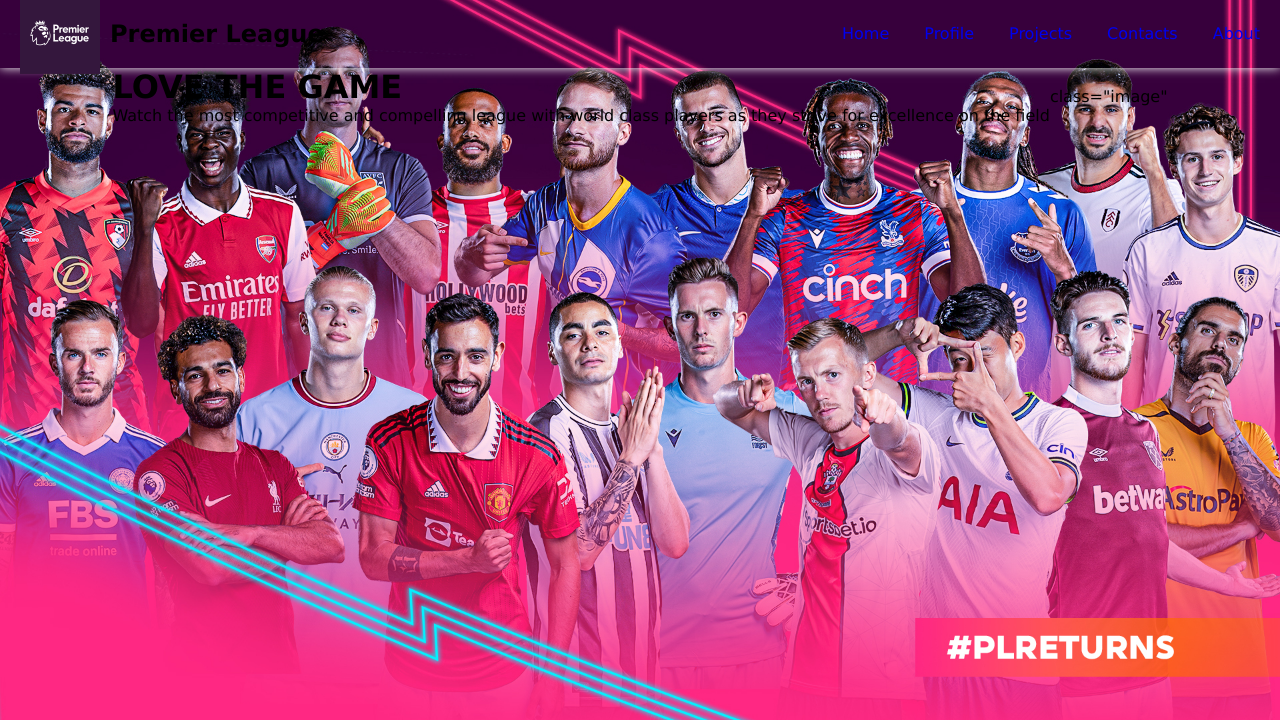
Repository: ogaziesam/simple-landing-page
Page: index.html
An editor plug-in stored every save of this project. The page is shown before and after a run of saves, followed by the edit.
The browser window is 1280 px wide. The pictures show the whole page.

Above is the page before, as saved 2023-08-12 00:47:19.

After the next 3 saves:
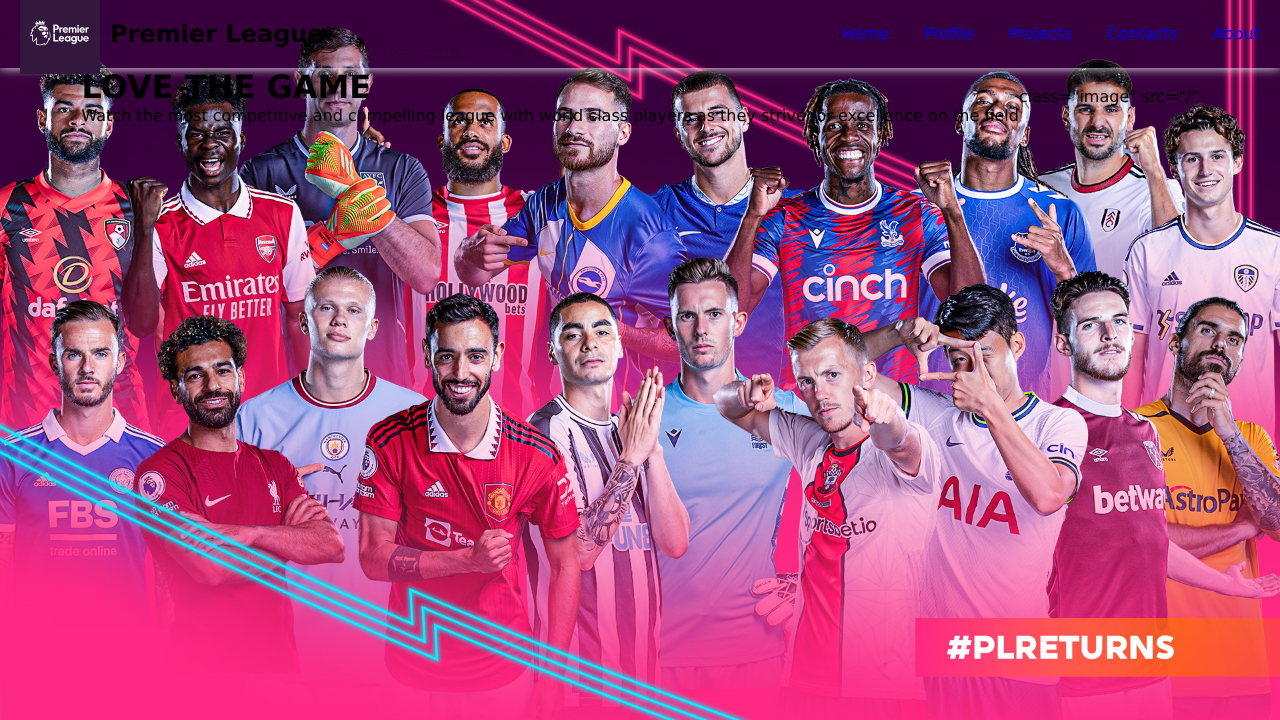
The 3 saves are shown as one change because they came seconds apart.
The last was saved 9 s later.
--- a/index.html
+++ b/index.html
@@ -28,6 +28,7 @@
             </p>
         </div>
         class="image"
+        src="/"
     </main>
 
 </body>
